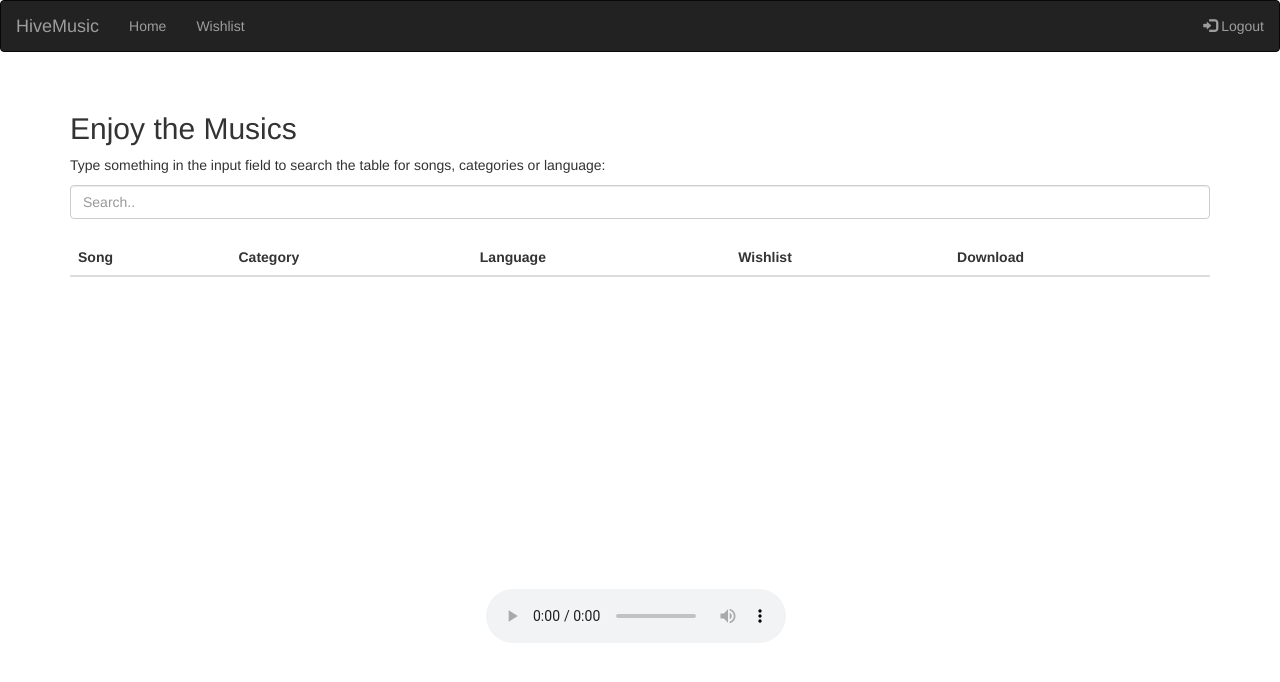
Repository: Zeocode/Online_Music_Platform
Page: http://localhost/Project1/getmusicUController
The author's editor kept a copy of each file at every save. The page is drawn from the files as they stood at one save, then again after the next save.
The browser window is 1280 px wide. The pictures show the whole page.
The page is served by Tomcat 9. Queries for data that is not in the repository find no rows.

Above is the page before, as saved 2020-08-31 19:08:11.
Console error: SyntaxError: Unexpected token '>'

After the next save:
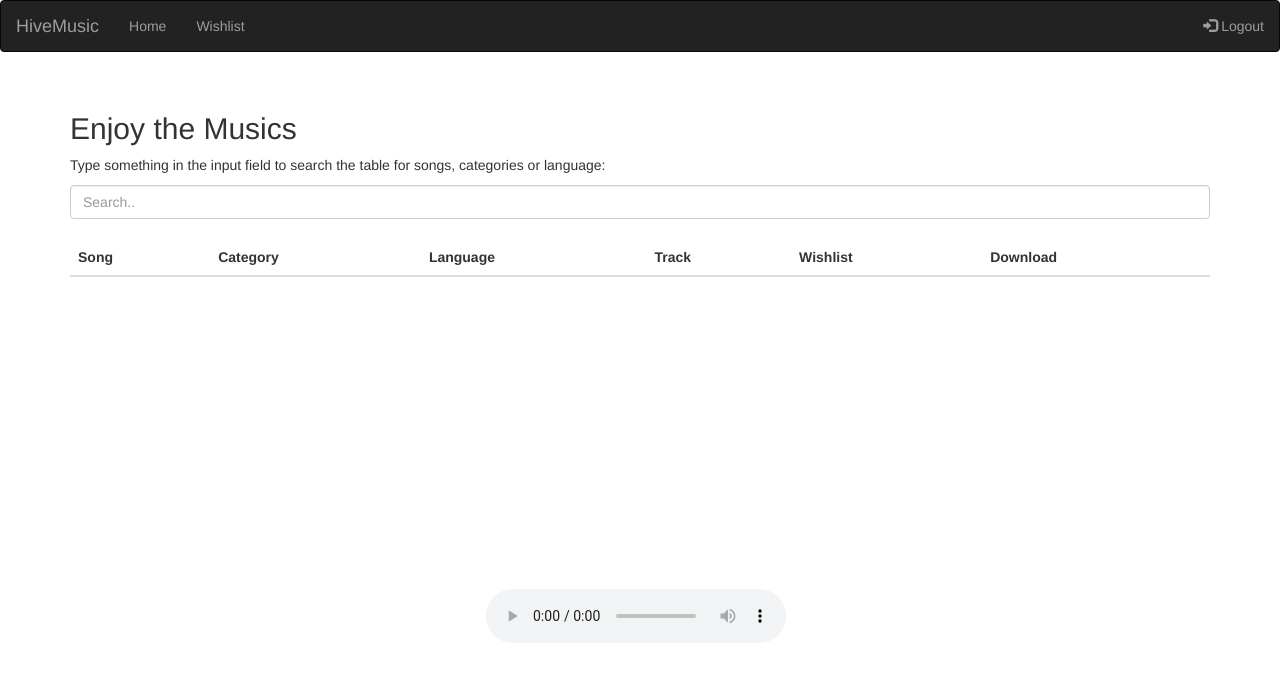
Saved 7 min 31 s later.
--- a/Project1/src/main/webapp/musicUDatabase.jsp
+++ b/Project1/src/main/webapp/musicUDatabase.jsp
@@ -57,6 +57,7 @@
         <th>Song</th>
         <th>Category</th>
         <th>Language</th>
+        <th>Track</th>
         <th>Wishlist</th>
         <th>Download</th>
       </tr>
@@ -69,6 +70,7 @@
         <td><%=rs.getString("music_name") %></td>
         <td><%=rs.getString("category") %></td>
         <td><%=rs.getString("language") %></td>
+        <td><button  class="btn btn-primary play" >Play</button> </td>
         <td>
         	<button  class="btn btn-primary wish" >Add</button>
         </td>
@@ -119,7 +121,7 @@
   	});-->
 
 	$(document).ready(function(){
-  	$(".trowz").on('click',function(){
+  	$(".play").on('click',function(){
 
 		$("#player").attr("src","waka.mp3");
 		$("#contr").click();
